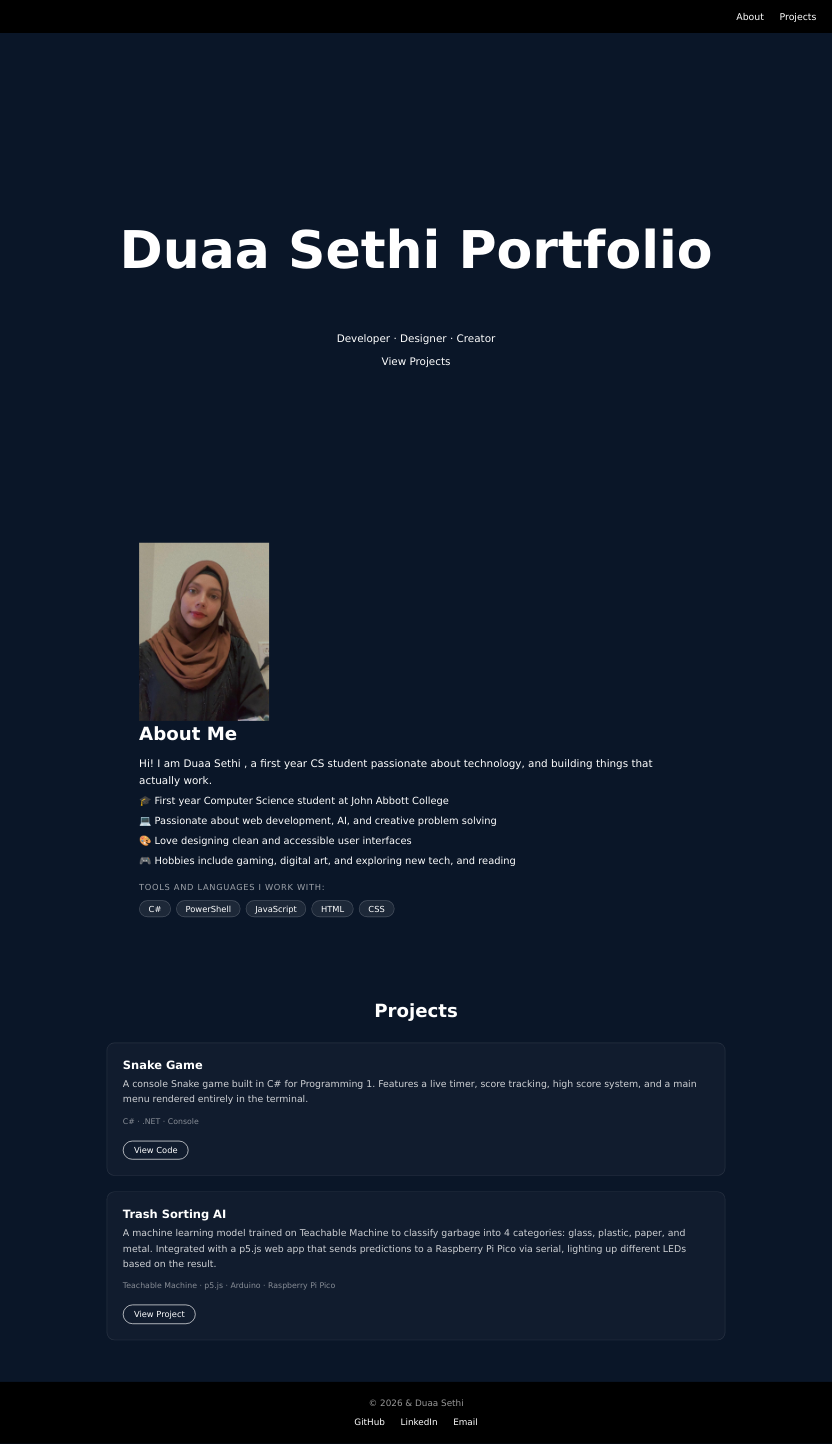
Repository: Duaa-Sethi/Duaa-Sethi
Page: index.html
These files come from the project's save history. The page is drawn as it stood at one moment and after the next save; the edit follows.
The browser window is 1280 px wide. The pictures show the whole page, at 65% of full size.
Some web fonts or font styles are not loaded; a fallback is used.

Above is the page before, as saved 2026-05-06 13:24:36.

### index.html
<!doctype html>
<html lang="en">
  <head>
    <meta charset="UTF-8" />
    <meta name="viewport" content="width=device-width, initial-scale=1.0" />
    <title>Dua Portfolio</title>
    <link rel="stylesheet" href="./styles/index.css" />
    <link rel="stylesheet" href="./styles/globals.css" />
  </head>
  <body class="scroller">
    <!-- NAV -->
    <nav>
      <ul>
        <li><a href="#about">About</a></li>
        <li><a href="#projects">Projects</a></li>
      </ul>
    </nav>

    <!-- HERO -->
    <section class="hero">
      <article>
        <h1>Duaa Sethi Portfolio</h1>
        <p>Developer · Designer · Creator</p>
        <a href="#projects">View Projects</a>
      </article>
    </section>

    <!-- ABOUT -->
    <section class="about" id="about">
      <img src="./assets/images/Dua Sethi.jpeg" alt="Photo of Duaa Sethi" />
      <div class="about-text">
        <h2>About Me</h2>
        <p class="about-intro">
          Hi! I am Duaa Sethi , a first year CS student passionate about
          technology, and building things that actually work.
        </p>

        <ul class="about-list">
          <li>🎓 First year Computer Science student at John Abbott College</li>
          <li>
            💻 Passionate about web development, AI, and creative problem
            solving
          </li>
          <li>🎨 Love designing clean and accessible user interfaces</li>
          <li>
            🎮 Hobbies include gaming, digital art, and exploring new tech, and
            reading
          </li>
        </ul>

        <p class="tools-label">Tools and languages I work with:</p>
        <ul class="tools-list">
          <li>C#</li>
          <li>PowerShell</li>
          <li>JavaScript</li>
          <li>HTML</li>
          <li>CSS</li>
        </ul>
      </div>
    </section>

    <!-- PROJECTS -->
    <section class="projects" id="projects">
      <h2>Projects</h2>
      <div class="cards">
        <article class="card">
          <h3>Snake Game</h3>
          <p>
            A console Snake game built in C# for Programming 1. Features a live
            timer, score tracking, high score system, and a main menu rendered
            entirely in the terminal.
          </p>
          <p class="tech">C# · .NET · Console</p>
          <a
            href="https://github.com/Duaa-Sethi/Programming1-project-Dua-Sethi"
            target="_blank"
            >View Code</a
          >
        </article>
        <article class="card">
          <h3>Trash Sorting AI</h3>
          <p>
            A machine learning model trained on Teachable Machine to classify
            garbage into 4 categories: glass, plastic, paper, and metal.
            Integrated with a p5.js web app that sends predictions to a
            Raspberry Pi Pico via serial, lighting up different LEDs based on
            the result.
          </p>
          <p class="tech">
            Teachable Machine · p5.js · Arduino · Raspberry Pi Pico
          </p>
          <a
            href="https://editor.p5js.org/duairfansethi/full/mdRLpCkG2"
            target="_blank"
            >View Project</a
          >
        </article>
      </div>
    </section>

    <footer>
      <p>© 2026 & Duaa Sethi</p>
      <ul class="footer-links">
        <li><a href="https://github.com/Duaa-Sethi">GitHub</a></li>
        <li>
          <a
            href="https://www.linkedin.com/in/dua-irfan-sethi-32944838b/"
            target="_blank"
            >LinkedIn</a
          >
        </li>
        <li>
          <a href="mailto:duairfansethi@gmail.com">Email</a>
        </li>
      </ul>
    </footer>
  </body>
</html>

### styles/index.css
body {
  background-color: #0a1628;
}

/* Scroll snap — https://developer.mozilla.org/en-US/docs/Web/CSS/Guides/Scroll_snap/Basic_concepts */

html,
body {
  height: 100%;
  overflow: hidden;
}

.scroller {
  height: 100%;
  max-height: 100dvh;
  overflow-x: hidden;
  overflow-y: auto;
  -webkit-overflow-scrolling: touch;
  scroll-snap-type: y mandatory;
  scroll-padding-top: 3.5rem;
}

.scroller section {
  scroll-snap-align: start;
  scroll-snap-stop: always;
  min-height: 100dvh;
  min-height: 100vh;
  box-sizing: border-box;
}

/* NAV */
nav {
  position: sticky;
  top: 0;
  background-color: black;
  padding: 0 1.5rem;
}

nav ul {
  display: flex;
  justify-content: flex-end;
  gap: 1.5rem;
  padding: 1rem 0;
}

nav ul li a {
  font-size: 0.9rem;
}

.hero {
  display: flex;
  align-items: center;
  justify-content: center;
  text-align: center;
  min-height: 100vh;
  padding: 2rem 1.5rem;

  /* dont memorize, copy paste background defs */
  background-image: url(../assets/images/kai-pilger-Ef6iL87-vOA-unsplash.jpg /* my pictures miss alt */
  background-size: cover;
  background-position: center;
  background-repeat: no-repeat;
}

.hero h1 {
  font-size: 2rem;
  margin-bottom: 0.75rem;
}

.hero p {
  font-size: 1rem;
  opacity: 0.75;
  margin: 0 0 1.5rem 0;
}

.hero a {
  border: 2px solid white;
  padding: 0.5rem 1.25rem;
  border-radius: 20px;
  font-size: 0.9rem;
}

.hero a:hover {
  background-color: white;
  color: #0a1628;
  text-decoration: none;
}

/* ABOUT */
.about {
  display: flex;
  align-items: flex-start;
  gap: 1.5rem;
  padding: 3rem 1.5rem;
  text-align: center;
}

.about img {
  max-width: 25%;
  border-radius: 50%;
  overflow: hidden;
  display: inline-block;
  vertical-align: middle;
  border: 3px solid rgba(255, 255, 255, 0.2);
}

.about h2 {
  font-size: 1.75rem;
  margin-bottom: 1rem;
}

.about p {
  margin: 0 0 0.5rem 0;
  line-height: 1.6;
}
.about-intro {
  display: none;
}

.about-list {
  display: flex;
  flex-direction: column;
  gap: 0.5rem;
  text-align: left;
  margin-bottom: 1.25rem;
}

.about-list li {
  font-size: 0.95rem;
  line-height: 1.5;
}

.tools-label {
  font-size: 0.8rem;
  opacity: 0.6;
  text-transform: uppercase;
  letter-spacing: 0.08em;
  text-align: left;
  margin-bottom: 0.5rem;
}

.tools-list {
  display: flex;
  flex-wrap: wrap;
  gap: 0.5rem;
  text-align: left;
}

.tools-list li {
  background-color: rgba(255, 255, 255, 0.08);
  border: 1px solid rgba(255, 255, 255, 0.2);
  border-radius: 20px;
  padding: 0.3rem 0.85rem;
  font-size: 0.8rem;
}
/* PROJECTS */
.projects {
  padding: 4rem 1.5rem;
  text-align: center;
}
.projects h2 {
  font-size: 1.75rem;
  margin-bottom: 2rem;
}

.cards {
  display: flex;
  flex-direction: column;
  gap: 1.5rem;
}
.card {
  background-color: #111c2e;
  border: 1px solid rgba(255, 255, 255, 0.1);
  border-radius: 12px;
  padding: 1.5rem;
  text-align: left;
}

.card:hover {
  border-color: rgba(255, 255, 255, 0.4);
}

.card h3 {
  font-size: 1.1rem;
  margin-bottom: 0.5rem;
}

.card p {
  font-size: 0.9rem;
  line-height: 1.6;
  opacity: 0.8;
  margin: 0 0 0.5rem 0;
}

.card .tech {
  font-size: 0.75rem;
  opacity: 0.5;
  margin: 0.75rem 0;
}

.card a {
  display: inline-block;
  border: 1px solid white;
  padding: 0.4rem 1rem;
  border-radius: 20px;
  font-size: 0.8rem;
  margin-top: 0.5rem;
}

.card a:hover {
  background-color: white;
  color: #0a1628;
  text-decoration: none;
}

/* FOOTER */

footer {
  text-align: center;
  padding: 1.5rem;
  background-color: black;
}
footer p {
  font-size: 0.85rem;
  opacity: 0.6;
  margin: 0 0 0.75rem 0;
}

.footer-links {
  display: flex;
  justify-content: center;
  gap: 1.5rem;
}

.footer-links a {
  font-size: 0.85rem;
}

/* Tablet and up — document scroll, no snap */
@media (min-width: 600px) {
  html,
  body {
    height: auto;
    overflow: visible;
  }

  .scroller {
    height: auto;
    min-height: 100vh;
    max-height: none;
    overflow-x: hidden;
    overflow-y: visible;
    -webkit-overflow-scrolling: auto;
    scroll-snap-type: none;
    scroll-padding-top: 0;
  }

  .scroller section {
    scroll-snap-align: none;
    scroll-snap-stop: normal;
  }

  .scroller section:not(.hero) {
    min-height: 0;
  }

  .hero h1 {
    font-size: 4rem;
  }
  .about-intro {
    display: block;
  }

  .about {
    flex-direction: row;
    align-items: flex-start;
    text-align: left;
    max-width: 800px; /*width uses %*/
    margin: 0 auto;
    padding: 4rem 1.5rem;
    gap: 2rem;
  }
  .about img {
    width: 25%;
    max-width: 200px; /*width uses %*/
  }
  .cards {
    flex-direction: row;
    flex-wrap: wrap;
    justify-content: center;
  }
}

@media (min-width: 992px) {
  .hero h1 {
    font-size: 5rem;
  }
  .projects {
    max-width: 1000px;
    margin: 0 auto;
  }

  .about {
    max-width: 900px;
  }
}

### styles/globals.css
/* FONT DEFS */
@font-face {
  font-family: "main font";
  src: url(../assets/fonts/NewsCycle-Regular.ttf);
}

/* CROSS PAGE STYLES */
body {
  font-family: "main font", Verdana, sans-serif;
  color: white;
  margin: 0;
}

h1 {
  font-weight: bold;
  font-size: 1.5rem; /* too small for desktop*/
}

a {
  text-decoration: none;
  color: white;
}
h2,
h3 {
  margin: 0;
}
a:hover {
  text-decoration: underline;
}
ul {
  list-style: none;
  padding: 0;
  margin: 0;
}

After the next save:
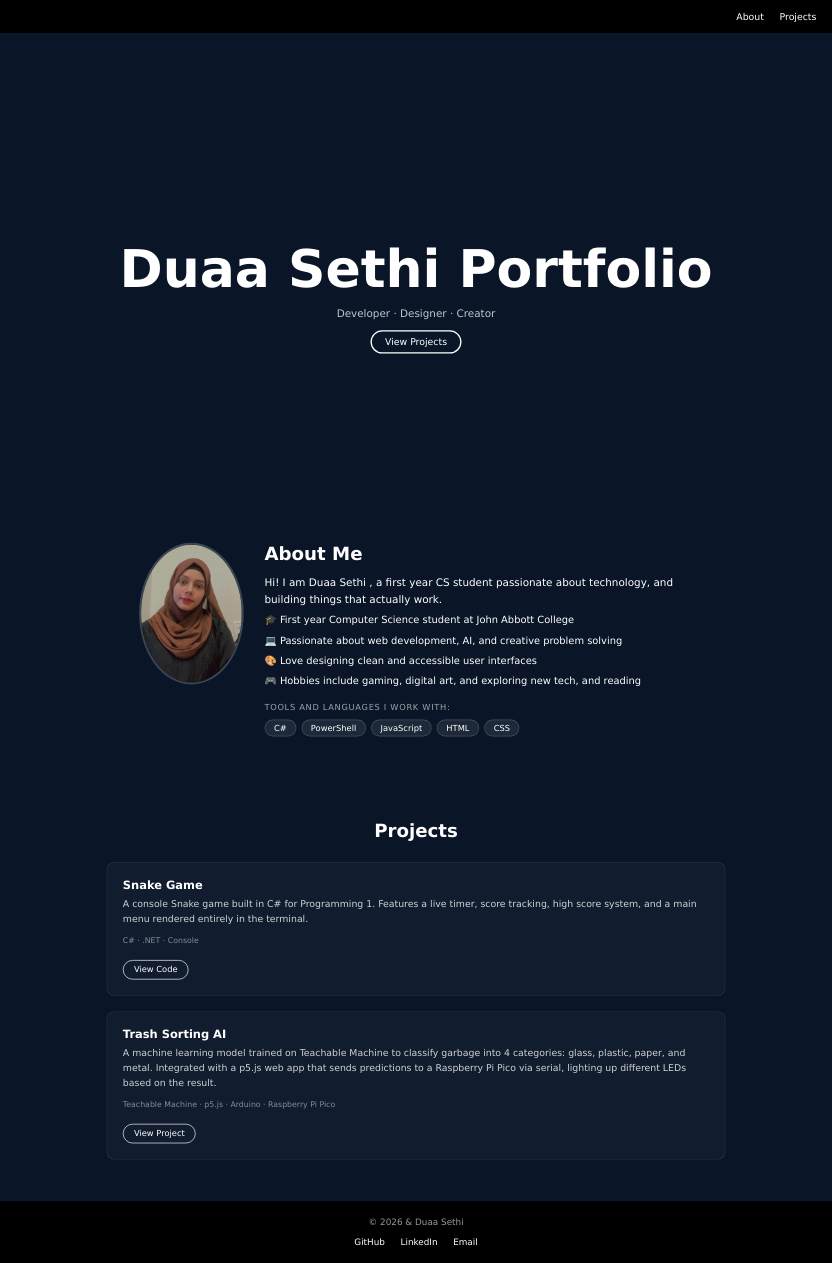
Saved 38 s later.
--- a/styles/index.css
+++ b/styles/index.css
@@ -56,7 +56,7 @@ nav ul li a {
   padding: 2rem 1.5rem;
 
   /* dont memorize, copy paste background defs */
-  background-image: url(../assets/images/kai-pilger-Ef6iL87-vOA-unsplash.jpg /* my pictures miss alt */
+  background-image: url(../assets/images/kai-pilger-Ef6iL87-vOA-unsplash.jpg )  /* my pictures miss alt */
   background-size: cover;
   background-position: center;
   background-repeat: no-repeat;
